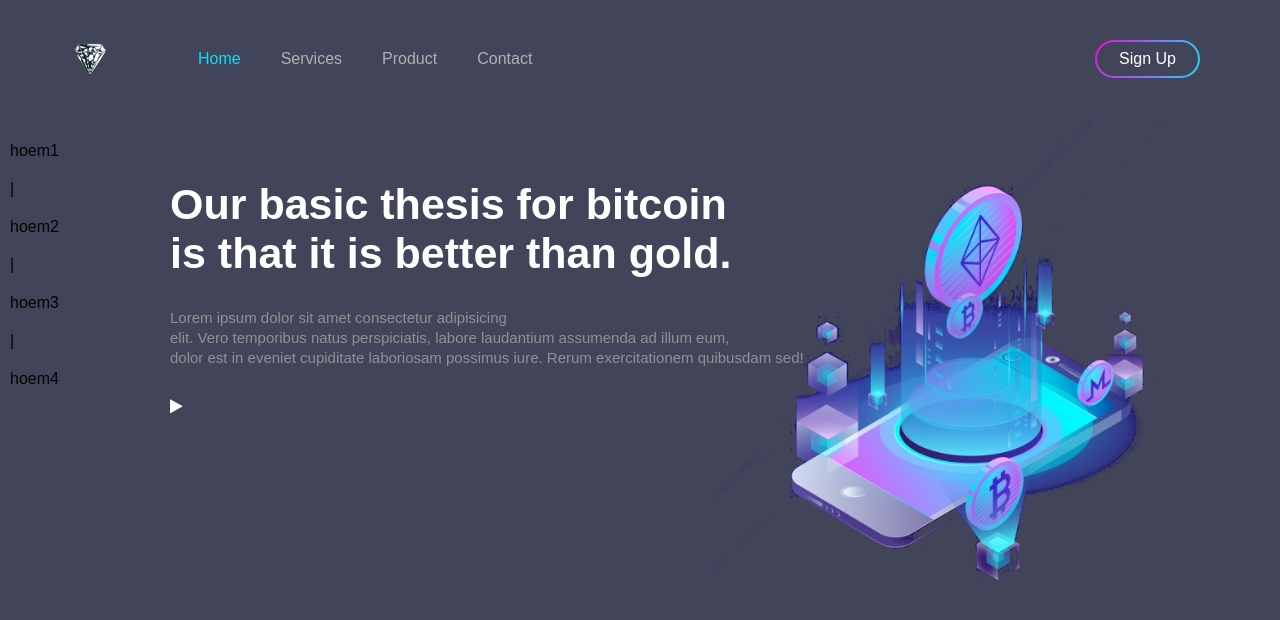
Repository: Aakarshit-Sharma19/Basic-HTML-and-CSS-Page-
Page: index.html
These files come from the project's save history. The page is drawn as it stood at one moment and after the next save; the edit follows.
The browser window is 1280 px wide. The pictures show the whole page.

Above is the page before, as saved 2020-11-10 16:42:34.

After the next save:
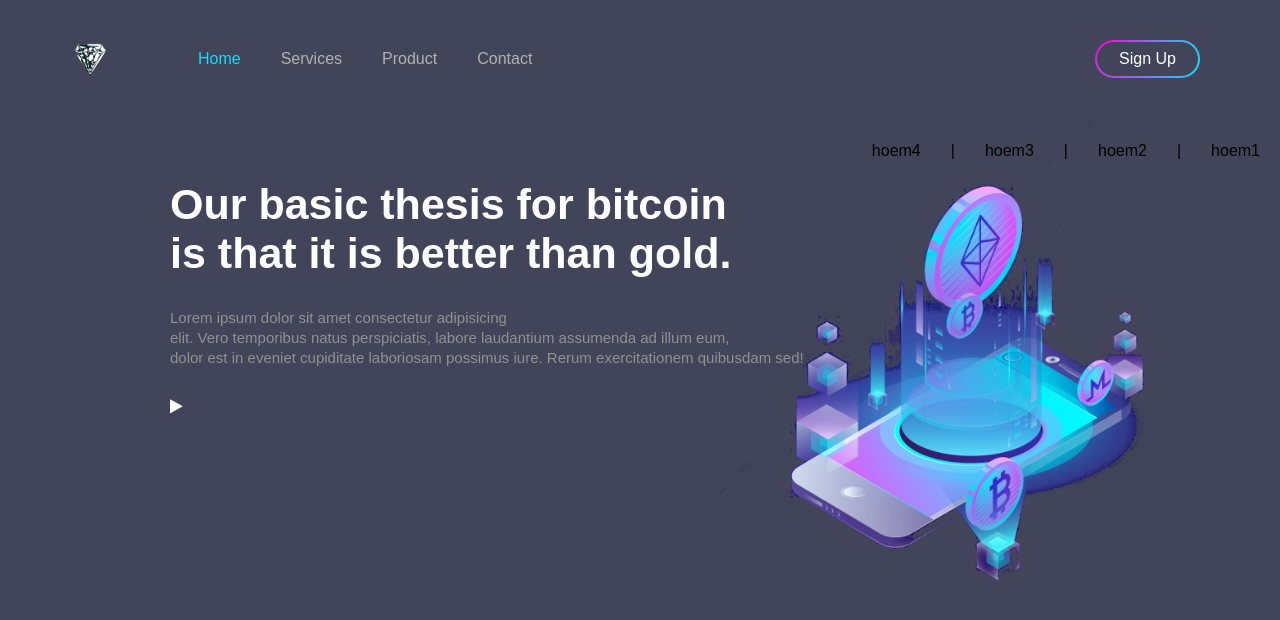
Saved 1 s later.
--- a/style.css
+++ b/style.css
@@ -99,7 +99,7 @@ body{
 
 .test {
     display: flex;
-    flex-direction: column;
+    flex-direction: row-reverse;
 }
 .test li {
     list-style: none;
